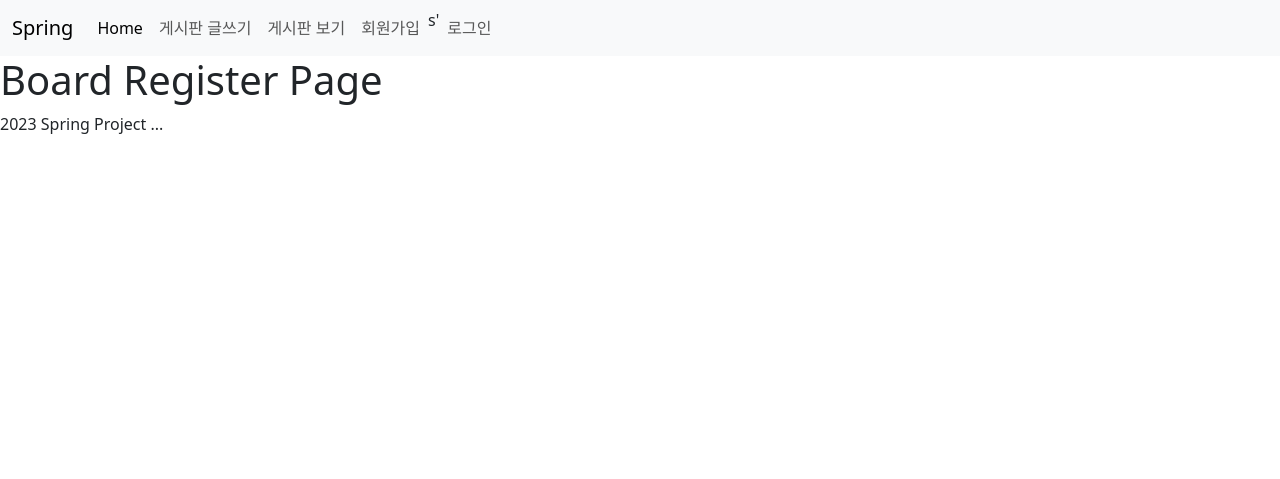
Repository: xoqls97/SpringProject
Page: http://localhost/spring_test2/WEB-INF/views/member/register.jsp
The author's editor kept a copy of each file at every save. The page is drawn from the files as they stood at one save, then again after the next save.
The browser window is 1280 px wide. The pictures show the whole page.
The page is served by Tomcat 9. Nobody is signed in. Other server files are loaded and not shown. The template is opened directly, without the code that normally fills it, so the values that code supplies are empty.

Above is the page before, as saved 2024-01-12 05:46:04.

### spring_test2/src/main/webapp/WEB-INF/views/member/register.jsp
<%@ page language="java" contentType="text/html; charset=UTF-8"
    pageEncoding="UTF-8"%>
<%@ taglib uri="http://java.sun.com/jsp/jstl/core" prefix="c" %>
    <jsp:include page="../layout/header.jsp"></jsp:include>
<title>글쓰기 페이지</title>
	<h1>Board Register Page</h1>
    <jsp:include page="../layout/footer.jsp"></jsp:include>

### spring_test2/src/main/webapp/WEB-INF/views/layout/header.jsp
<%@ page language="java" contentType="text/html; charset=UTF-8"
    pageEncoding="UTF-8"%>
    <%@ taglib uri="http://java.sun.com/jsp/jstl/core" prefix="c" %>
<!DOCTYPE html>
<html>
<link href="https://cdn.jsdelivr.net/npm/bootstrap@5.3.1/dist/css/bootstrap.min.css" rel="stylesheet" integrity="sha384-4bw+/aepP/YC94hEpVNVgiZdgIC5+VKNBQNGCHeKRQN+PtmoHDEXuppvnDJzQIu9" crossorigin="anonymous">
<script src="https://cdn.jsdelivr.net/npm/bootstrap@5.3.1/dist/js/bootstrap.bundle.min.js" integrity="sha384-HwwvtgBNo3bZJJLYd8oVXjrBZt8cqVSpeBNS5n7C8IVInixGAoxmnlMuBnhbgrkm" crossorigin="anonymous"></script>
<head>
<meta charset="UTF-8">
<title>Insert title here</title>
</head>
<body>

<nav class="navbar navbar-expand-lg bg-body-tertiary">
  <div class="container-fluid">
    <a class="navbar-brand" href="#">Spring</a>
    <button class="navbar-toggler" type="button" data-bs-toggle="collapse" data-bs-target="#navbarSupportedContent" aria-controls="navbarSupportedContent" aria-expanded="false" aria-label="Toggle navigation">
      <span class="navbar-toggler-icon"></span>
    </button>
    <div class="collapse navbar-collapse" id="navbarSupportedContent">
      <ul class="navbar-nav me-auto mb-2 mb-lg-0">
        <li class="nav-item">
          <a class="nav-link active" aria-current="page" href="/">Home</a>
        </li>
        <li class="nav-item">
          <a class="nav-link" href="/board/register">게시판 글쓰기</a>
        </li>
        <li class="nav-item">
          <a class="nav-link" href="/board/list">게시판 보기</a>
        </li>
        <li class="nav-item">
          <a class="nav-link" href="/member/register">회원가입</a>
        </li>s'
        <c:if test="${ses.id eq null }">
        <li class="nav-item">
          <a class="nav-link" href="/member/login">로그인</a>
        </li>
        </c:if>
        <c:if test="${ses.id ne null}">
           <li class="nav-item">
          <a class="nav-link" href="/member/logout">로그아웃</a>
        </li>
        </c:if>
        <c:if test="${ses.id ne null }">
          <li class="nav-item">
          <a class="nav-link" href="#">${ses.id}(${ses.email}) welcomeㅋ</a>
        </c:if>
        <c:if test="${ses.id ne null }">
        <li class="nav-item">
        <a class="nav-link" href="/member/modify">나의정보</a>
        </c:if>
      </ul>
    </div>
  </div>
</nav>

### spring_test2/src/main/webapp/WEB-INF/views/layout/footer.jsp
<%@ page language="java" contentType="text/html; charset=UTF-8"
    pageEncoding="UTF-8"%>

<div>
    2023 Spring Project ...
</div>

</body>
</html>

After the next save:
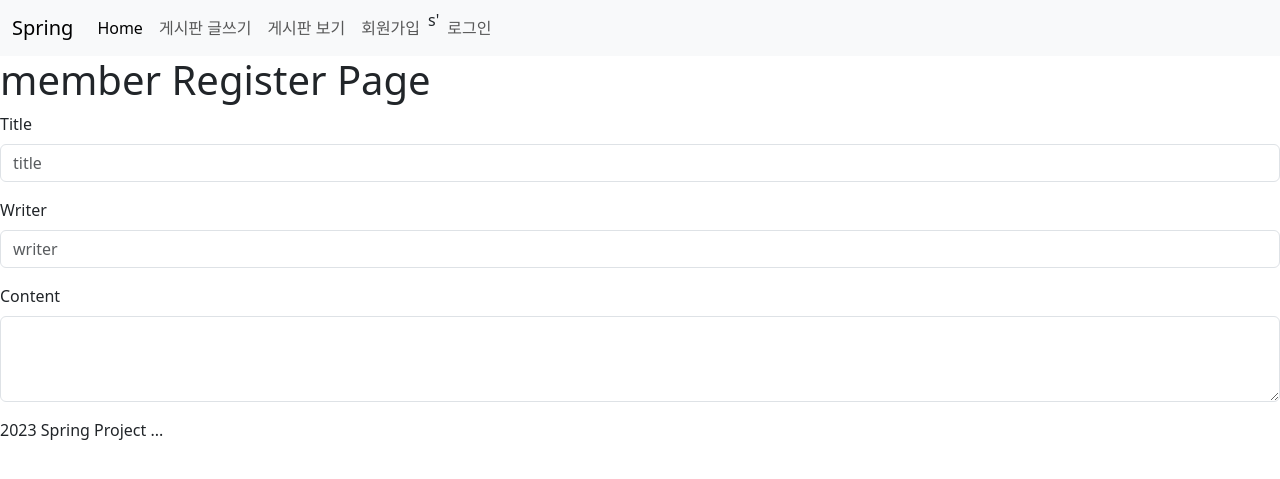
Saved 67 s later.
--- a/spring_test2/src/main/webapp/WEB-INF/views/member/register.jsp
+++ b/spring_test2/src/main/webapp/WEB-INF/views/member/register.jsp
@@ -1,7 +1,40 @@
 <%@ page language="java" contentType="text/html; charset=UTF-8"
     pageEncoding="UTF-8"%>
 <%@ taglib uri="http://java.sun.com/jsp/jstl/core" prefix="c" %>
-    <jsp:include page="../layout/header.jsp"></jsp:include>
-<title>글쓰기 페이지</title>
-	<h1>Board Register Page</h1>
-    <jsp:include page="../layout/footer.jsp"></jsp:include>
+
+<jsp:include page="../layout/header.jsp"></jsp:include>
+<title>회원가입</title>
+
+	<h1>member Register Page</h1>
+
+	<!-- email,pwd,nickname -->
+
+	<form action="/board/register" method="post" enctype="multipart/form-data">
+
+	<div class="mb-3">
+  <label for="title" class="form-label">Title</label>
+  <input type="text"  name="title" class="form-control" id="title" placeholder="title">
+</div>
+<div class="mb-3">
+  <label for="writer" class="form-label">Writer</label>
+  <input type="text"  name="writer" class="form-control" id="writer"  placeholder="writer">
+</div>
+<div class="mb-3">
+  <label for="content" class="form-label"> Content </label>
+  <textarea name="content" class="form-control" id="content" rows="3"></textarea>
+</div>
+
+
+
+
+
+
+
+
+
+
+
+
+
+
+<jsp:include page="../layout/footer.jsp"></jsp:include>
